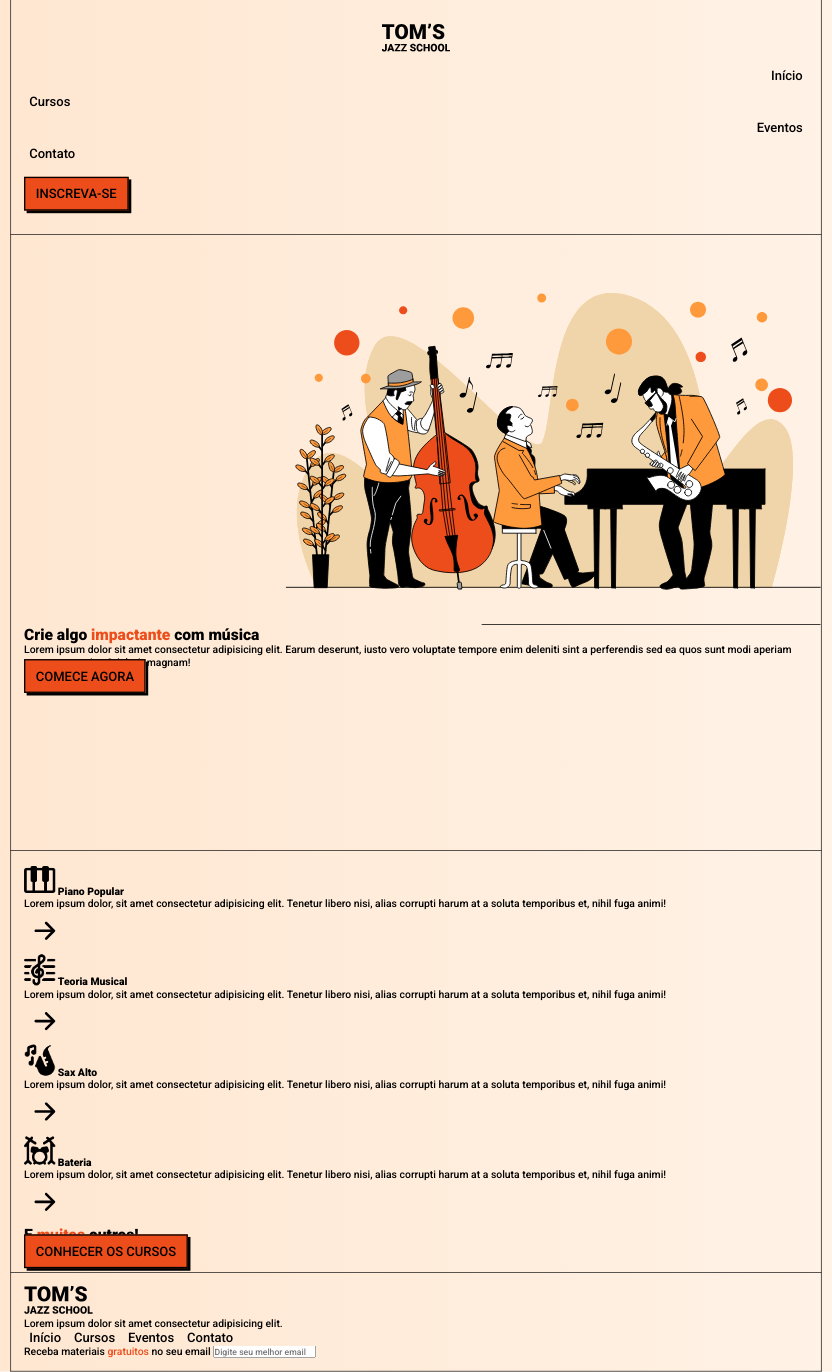
Repository: tenoriodasilva31/OBC-Music-School
Page: index.html
The author's editor kept a copy of each file at every save. The page is drawn from the files as they stood at one save, then again after the next save.
The browser window is 1280 px wide. The pictures show the whole page, at 65% of full size.

Above is the page before, as saved 2023-07-05 17:25:30.

### index.html
<!DOCTYPE html>
<html lang="pt-BR">
<head>
    <meta charset="UTF-8">
    <meta name="viewport" content="width=device-width, initial-scale=1.0">
    <title>Tom's Jazz School</title>

    <link rel="preconnect" href="https://fonts.googleapis.com">
    <link rel="preconnect" href="https://fonts.gstatic.com" crossorigin>

    <link rel="stylesheet" href="index.css">

    <link href="https://fonts.googleapis.com/css2?family=Roboto:wght@500;900&display=swap" rel="stylesheet">
</head>
<body>
    <header>
        <img src="./img/logo.svg" alt="Tom's School">
        <nav class="mt-1 nx-auto">
            <a href="#">Início</a>
            <a href="#">Cursos</a>
            <a href="#">Eventos</a>
            <a href="#">Contato</a>
        </nav>
        <button href="#" class="button mt-1 mb-1 nx-auto">Inscreva-se</button>
    </header>
    <main>
        <section class="hero-section">
            <img src="/img/hero-img.svg" alt="Banda de jazz se apresentando">
            <div>
                <h1>Crie algo <span class="text-primary">impactante</span> com música</h1>
                <p>Lorem ipsum dolor sit amet consectetur adipisicing elit. Earum deserunt, iusto vero voluptate tempore enim deleniti sint a perferendis sed ea quos sunt modi aperiam numquam veniam? Ad, sit magnam!</p>
                <a href="#" class="button mt-1 mb-1 nx-auto">Comece agora</a>
            </div>
        </section>
        <section class="courses-section">
            <div class="cards">
            <article>

                <img src="/img/piano.png" alt="icone de teclas de piano">
                <strong>Piano Popular</strong>
                <p>Lorem ipsum dolor, sit amet consectetur adipisicing elit. Tenetur libero nisi, alias corrupti harum at a soluta temporibus et, nihil fuga animi!</p>
                <a href="#">
                    <img src="/img/arrow-right.svg" alt="Ir para página do curso">
                </a>
            </article>
            <article>
                <img src="/img/clef.png" alt="icone clave">
                <strong>Teoria Musical</strong>
                <p>Lorem ipsum dolor, sit amet consectetur adipisicing elit. Tenetur libero nisi, alias corrupti harum at a soluta temporibus et, nihil fuga animi!</p>
                <a href="#">
                    <img src="/img/arrow-right.svg" alt="Ir para página do curso">
                </a>
            </article>
            <article>
                <img src="/img/sax.png" alt="icone de teclas de piano">
                <strong>Sax Alto</strong>
                <p>Lorem ipsum dolor, sit amet consectetur adipisicing elit. Tenetur libero nisi, alias corrupti harum at a soluta temporibus et, nihil fuga animi!</p>
                <a href="#">
                    <img src="/img/arrow-right.svg" alt="Ir para página do curso">
                </a>
            </article>
            <article>
                <img src="/img/drums.png" alt="icone de teclas de piano">
                <strong>Bateria</strong>
                <p>Lorem ipsum dolor, sit amet consectetur adipisicing elit. Tenetur libero nisi, alias corrupti harum at a soluta temporibus et, nihil fuga animi!</p>
                <a href="#">
                    <img src="/img/arrow-right.svg" alt="Ir para página do curso">
                </a>
            </article>
            </div>
            <h2>E <span class="text-primary">muitos</span> outros!</h2>
            <a href="#" class="button">Conhecer os cursos</a>
        </section>
    </main>

    <footer>
        <div>
            <img src="/img/logo.svg" alt="Tom's School">
            <p>Lorem ipsum dolor sit amet consectetur adipisicing elit. </p>
        </div>
        <nav>
            <a href="#">Início</a>
            <a href="#">Cursos</a>
            <a href="#">Eventos</a>
            <a href="#">Contato</a>
        </nav>
        <form>
            <label for="email">Receba materiais <span class="text-primary">gratuitos</span> no seu email</label>
            <input type="text" name="email" id="email" placeholder="Digite seu melhor email">
        </form>
    </footer>
</body>
</html>

### index.css
* {
    box-sizing: border-box;
    font-family: 'Roboto', sans-serif;
    margin: 0;
    padding: 0;
}

:root {
    --color-primary: #ED4D1B;
    --color-secondary: #FF9a3c;
    --color-black: #000;
    --color-white: #FFF;
}

body {
    background: linear-gradient(90deg, #ffe7d1 0%, #FFF2e6 100%);
    padding: 0 1rem;
}

header,.hero-section, .courses-section, footer {
    border-color: var(--color-black);
    border-style: solid;
    border-width: 0 1px 1px 1px;
    padding: 1.25rem;
}

header img {
    display: block;
    margin: 1rem auto;
}

header nav {
    display: grid;
    grid-template-columns: 1fr, 1fr;
}

nav a {
    color: var(--color-black);
    font-size: 1.25rem;
    padding: .5rem;
    text-decoration: none;
}

header nav a:nth-child(2n-1) {
    text-align: right;
}

.button {
    background-color: var(--color-primary);
    border: 2px solid var(--color-black);
    box-shadow: 4px 4px 0 var(--color-black);
    color: var(--color-black);
    display: black;
    font-size: 1.25rem;
    padding: .75rem 1rem;
    max-width: 14rem;
    text-align: center;
    text-decoration: none;
    text-transform: uppercase;
}

.hero-section {
    padding-right: 0;
    padding-bottom: 16rem;

}

.hero-section img {
    display: block;
    margin: 1.25rem 0 0 auto;
    max-width: 100%;
}

.mt-1 {
    margin-top: 1rem;
}

.mt-2 {
    margin-top: 2rem;
}

.mb-1 {
    margin-bottom: 1rem;
}

.mb-2 {
    margin-bottom: 2rem;
}

.mx-auto {
    margin-left: auto;
    margin-right: auto;
}

.text-primary {
    color: var(--color-primary);
}

.text-center {
    text-align: center;
}

After the next save:
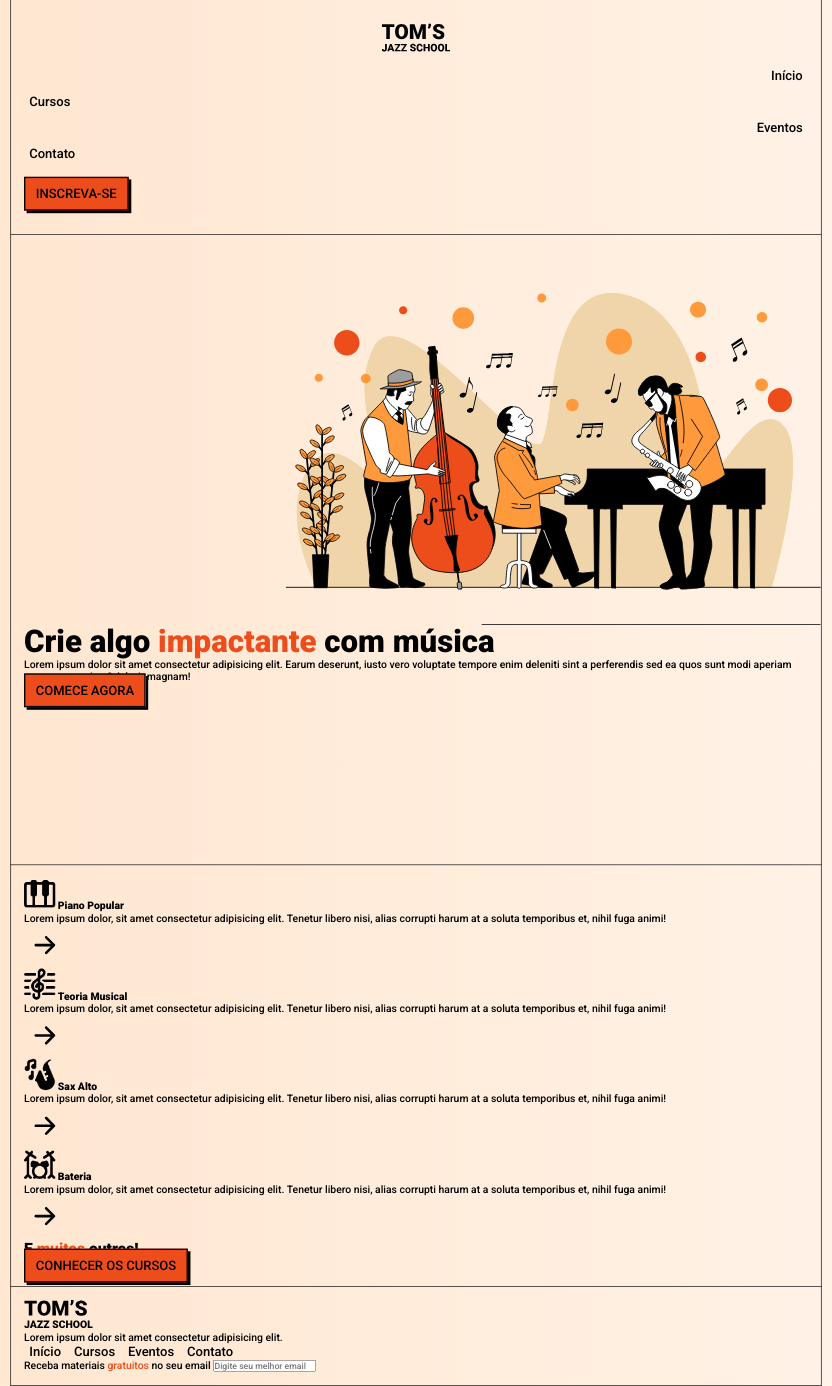
Saved 54 s later.
--- a/index.css
+++ b/index.css
@@ -71,6 +71,11 @@ header nav a:nth-child(2n-1) {
     max-width: 100%;
 }
 
+h1 {
+    font-size: 3rem;
+    line-height: 105%;
+}
+
 .mt-1 {
     margin-top: 1rem;
 }
